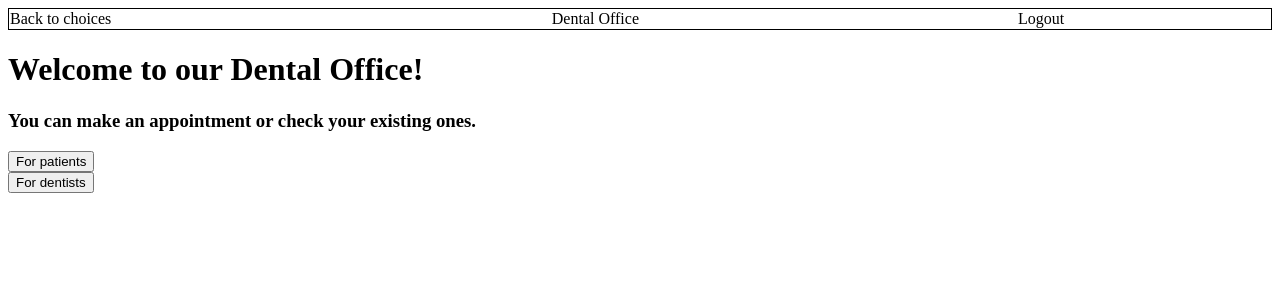
Repository: ThEgIGN/DentalOfficeWebApplication
Page: http://localhost/DentalOfficeWEB/
The author's editor kept a copy of each file at every save. The page is drawn from the files as they stood at one save, then again after the next save.
The browser window is 1280 px wide. The pictures show the whole page.
The page is served by Tomcat 9. Nobody is signed in. The application's start-up code is not run.

Above is the page before, as saved 2023-06-16 10:06:59.

After the next save:
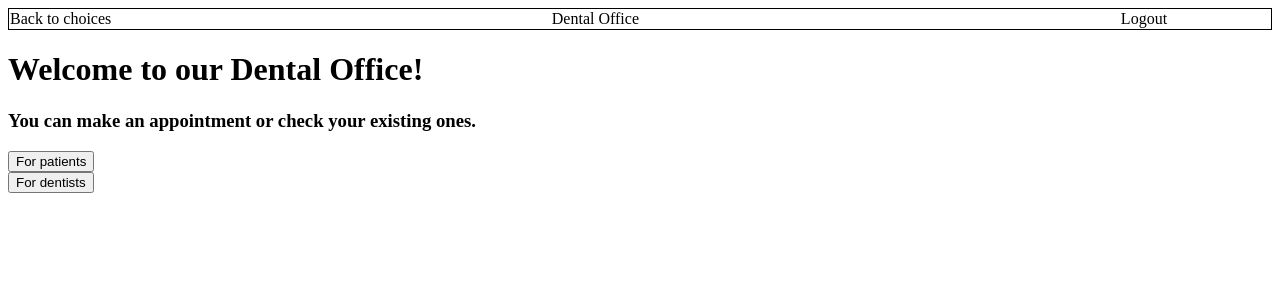
Saved 49 s later.
--- a/DentalOfficeProject/DentalOfficeWEB/src/main/webapp/index.jsp
+++ b/DentalOfficeProject/DentalOfficeWEB/src/main/webapp/index.jsp
@@ -11,7 +11,7 @@
 		<tr>
 			<td>Back to choices</td>
 			<td>Dental Office</td>
-			<td>Logout</td>
+			<td style="text-align:center">Logout</td>
 		</tr>
 	</table>
 	<h1>Welcome to our Dental Office!</h1>

After the save that followed:
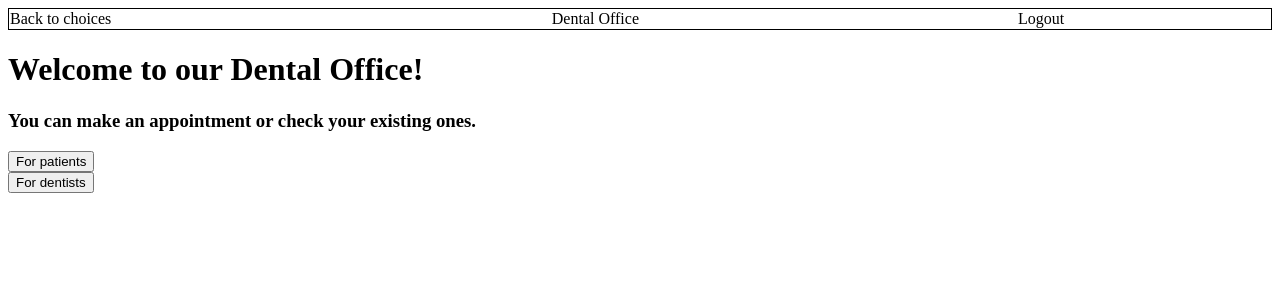
Saved 13 s later.
--- a/DentalOfficeProject/DentalOfficeWEB/src/main/webapp/index.jsp
+++ b/DentalOfficeProject/DentalOfficeWEB/src/main/webapp/index.jsp
@@ -11,7 +11,7 @@
 		<tr>
 			<td>Back to choices</td>
 			<td>Dental Office</td>
-			<td style="text-align:center">Logout</td>
+			<td style="text-align:left">Logout</td>
 		</tr>
 	</table>
 	<h1>Welcome to our Dental Office!</h1>
